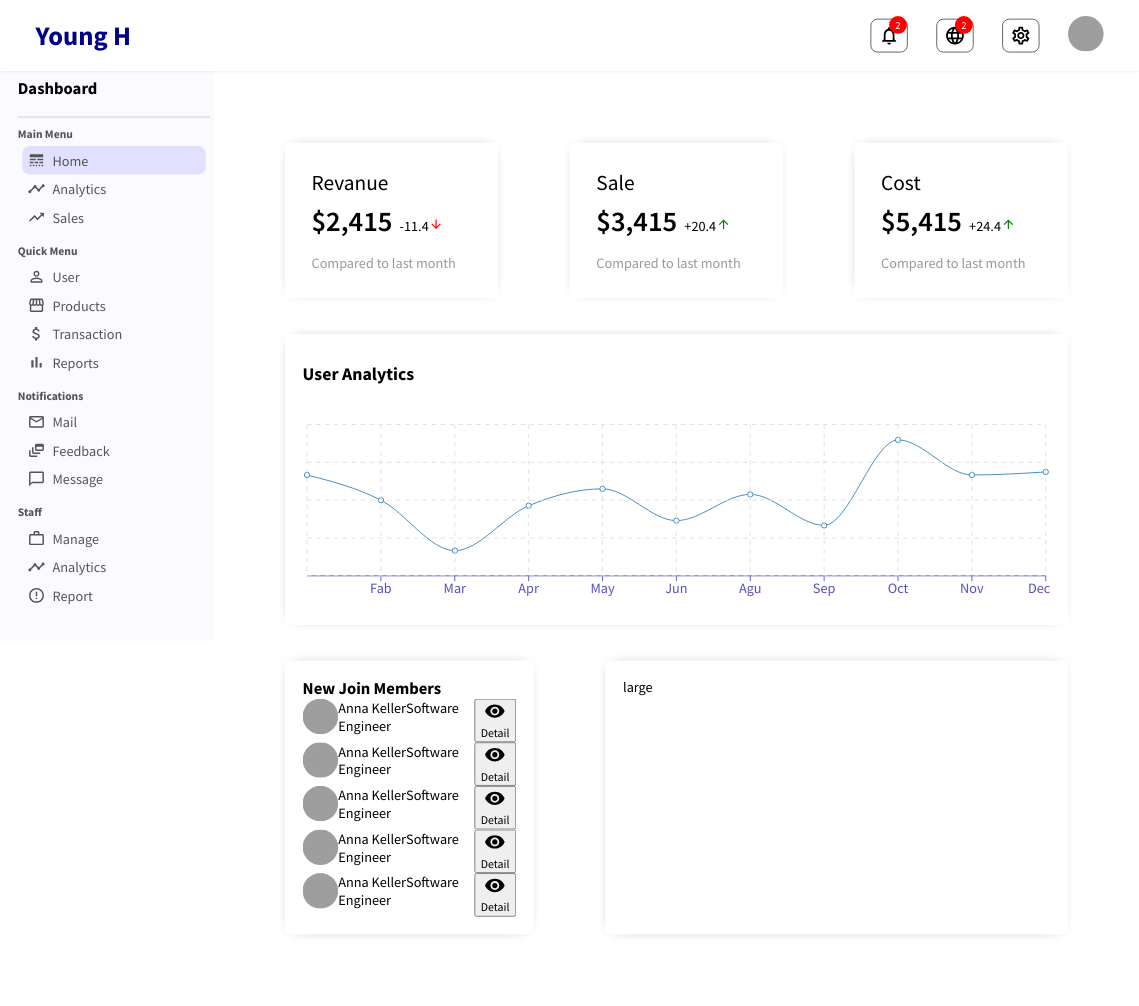
Repository: noname20011/admin
Page: /
These files come from the project's save history. The page is drawn as it stood at one moment and after the next save; the edit follows.
The browser window is 1280 px wide. The pictures show the whole page, at 89% of full size.
Pictures or frames that could not be fetched are drawn as grey boxes. The project was rebuilt for these pictures with package versions that can differ from the ones it lists, and the page was loaded fresh each time.

Above is the page before, as saved 2021-11-14 08:50:45.

After the next save:
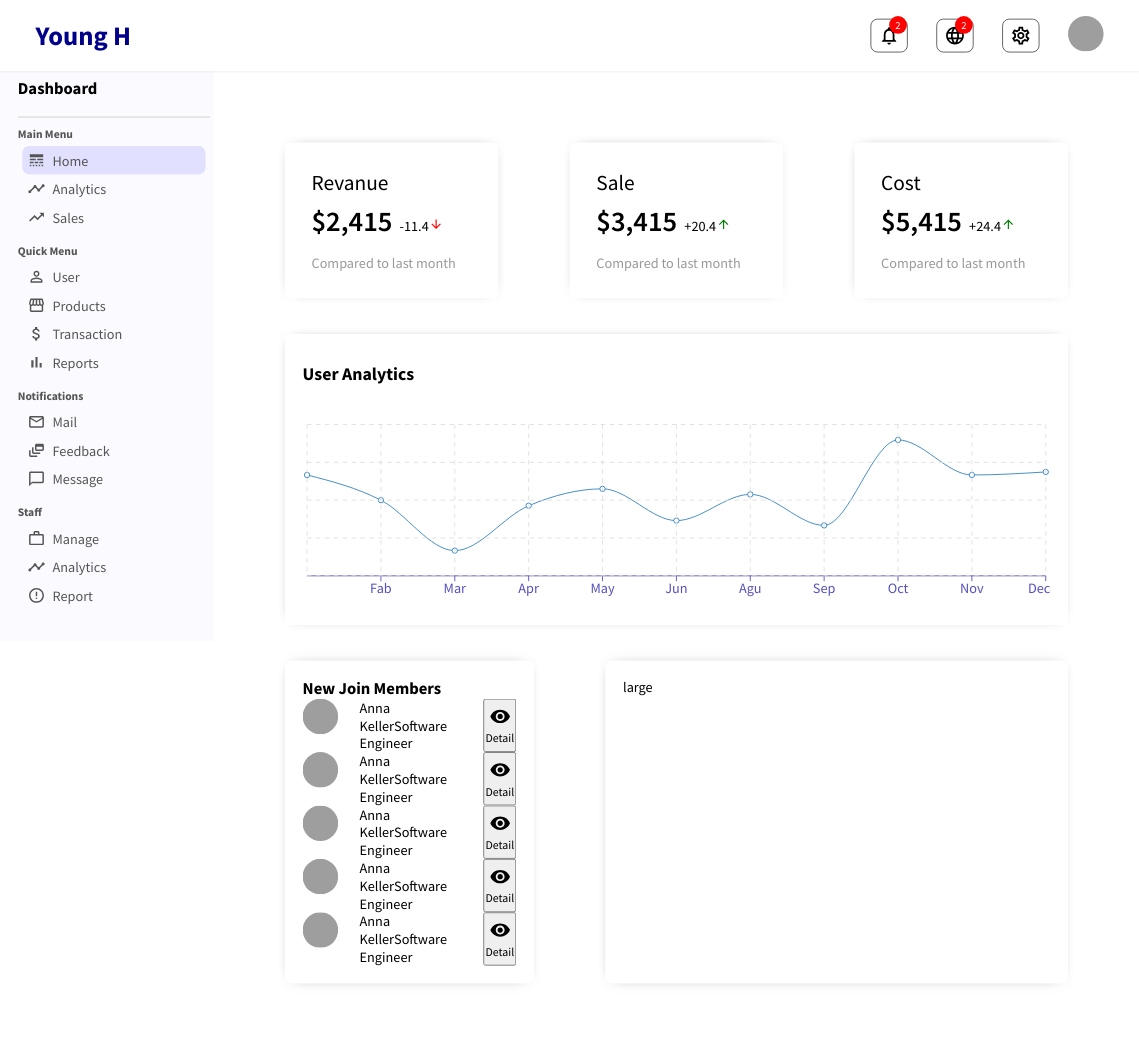
Saved 13 s later.
--- a/src/comopnents/widgetSm/widgetSm.css
+++ b/src/comopnents/widgetSm/widgetSm.css
@@ -10,6 +10,7 @@
 .widgetSmListItem {
     display: flex;
     justify-content: space-between;
+    gap: 1.5rem;
 }
 
 .widgetSmImg {

After the save that followed:
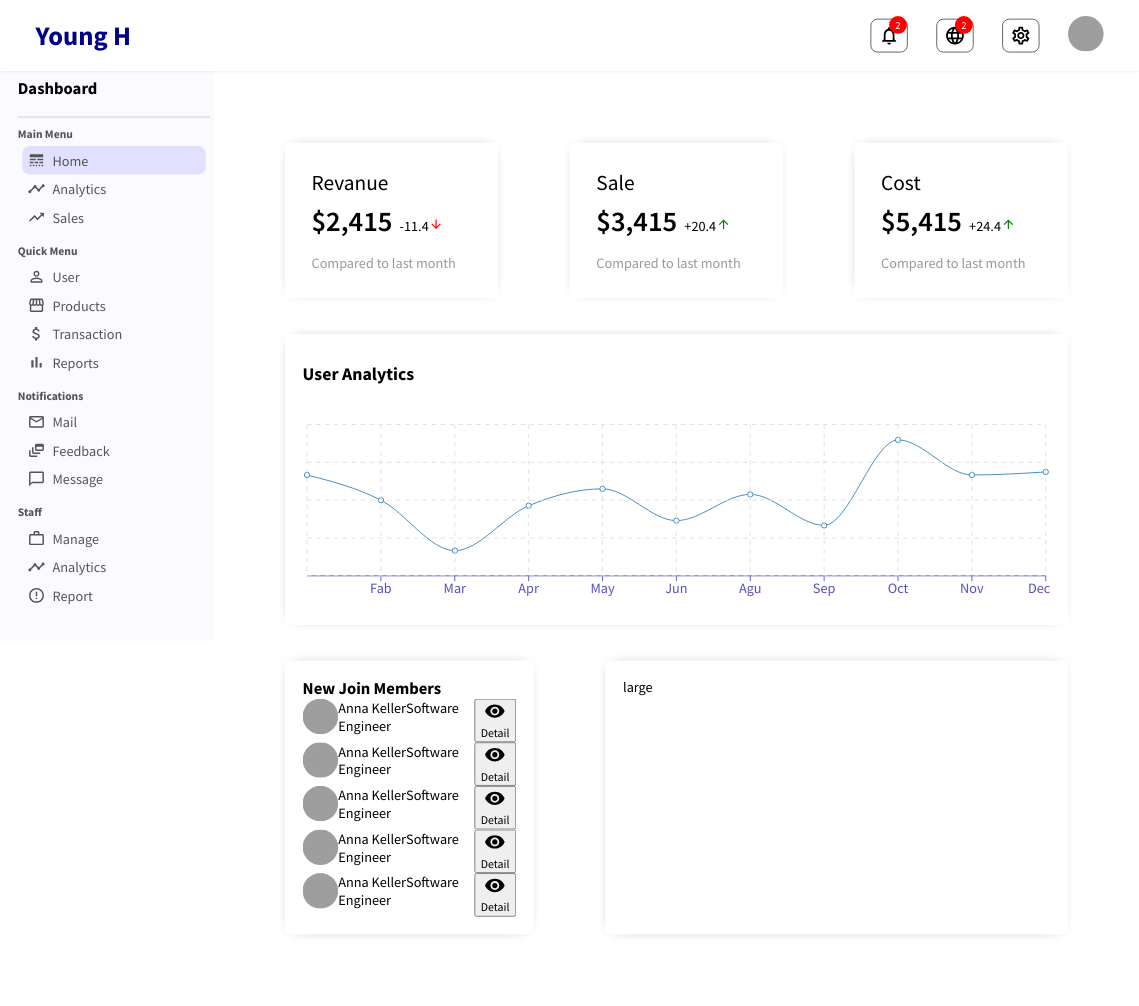
Saved 9 s later.
--- a/src/comopnents/widgetSm/widgetSm.css
+++ b/src/comopnents/widgetSm/widgetSm.css
@@ -10,7 +10,7 @@
 .widgetSmListItem {
     display: flex;
     justify-content: space-between;
-    gap: 1.5rem;
+    row-gap: 1.5rem;
 }
 
 .widgetSmImg {
